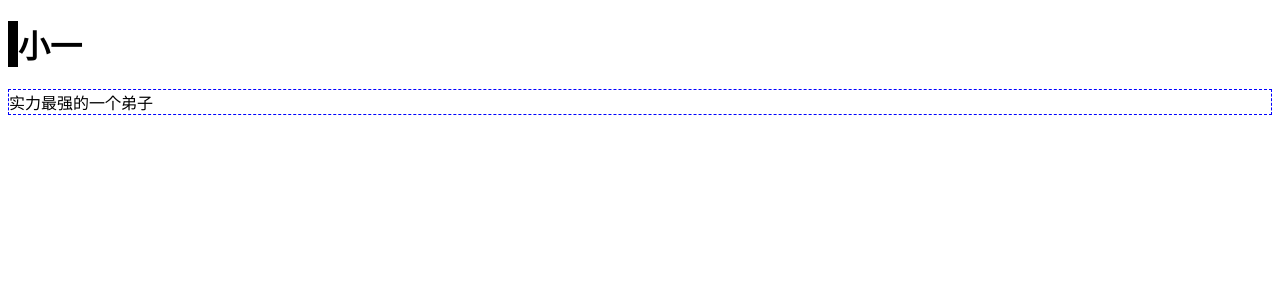
Repository: LYC-Android/JavaWebProject
Page: WebBasic/src/main/webapp/day02/demo5.html
An editor plug-in stored every save of this project. The page is shown before and after the next save, followed by the edit.
The browser window is 1280 px wide. The pictures show the whole page.

Above is the page before, as saved 2017-09-20 08:19:11.

### WebBasic/src/main/webapp/day02/demo5.html
<!DOCTYPE html>
<html>
<head>
<meta charset="UTF-8">
<title>Insert title here</title>
<style type="text/css">
/*1.四个边设置相同的边框*/
p {
	border:1px dashed blue;
}
/*2.单个边设置边框*/
h1 {
	border-left: 10px solid black;
}

/*3.块元素一般宽度默认是100%,高度会自适应,内容越多,它越高.当给它固定高度时可能会导致内容溢出.*/
</style>
</head>
<body>
	<h1>小一</h1>
	<p>实力最强的一个弟子</p>
</body>
</html>

After the next save:
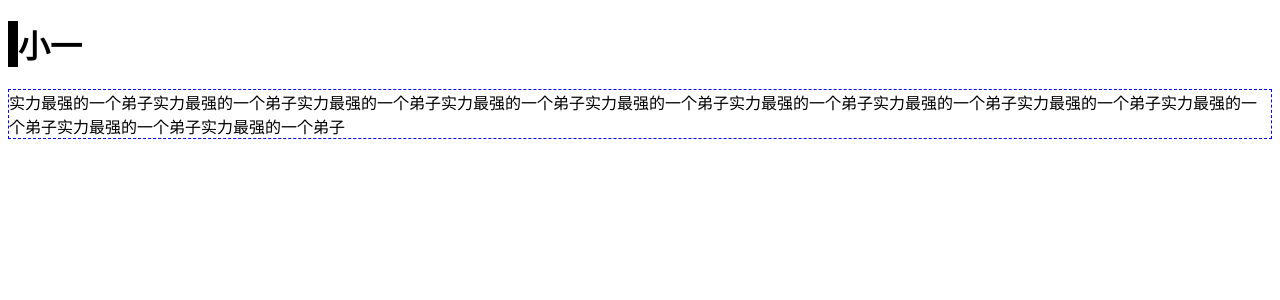
Saved 3 min 5 s later.
--- a/WebBasic/src/main/webapp/day02/demo5.html
+++ b/WebBasic/src/main/webapp/day02/demo5.html
@@ -18,6 +18,6 @@
 </head>
 <body>
 	<h1>小一</h1>
-	<p>实力最强的一个弟子</p>
+	<p>实力最强的一个弟子实力最强的一个弟子实力最强的一个弟子实力最强的一个弟子实力最强的一个弟子实力最强的一个弟子实力最强的一个弟子实力最强的一个弟子实力最强的一个弟子实力最强的一个弟子实力最强的一个弟子</p>
 </body>
 </html>
